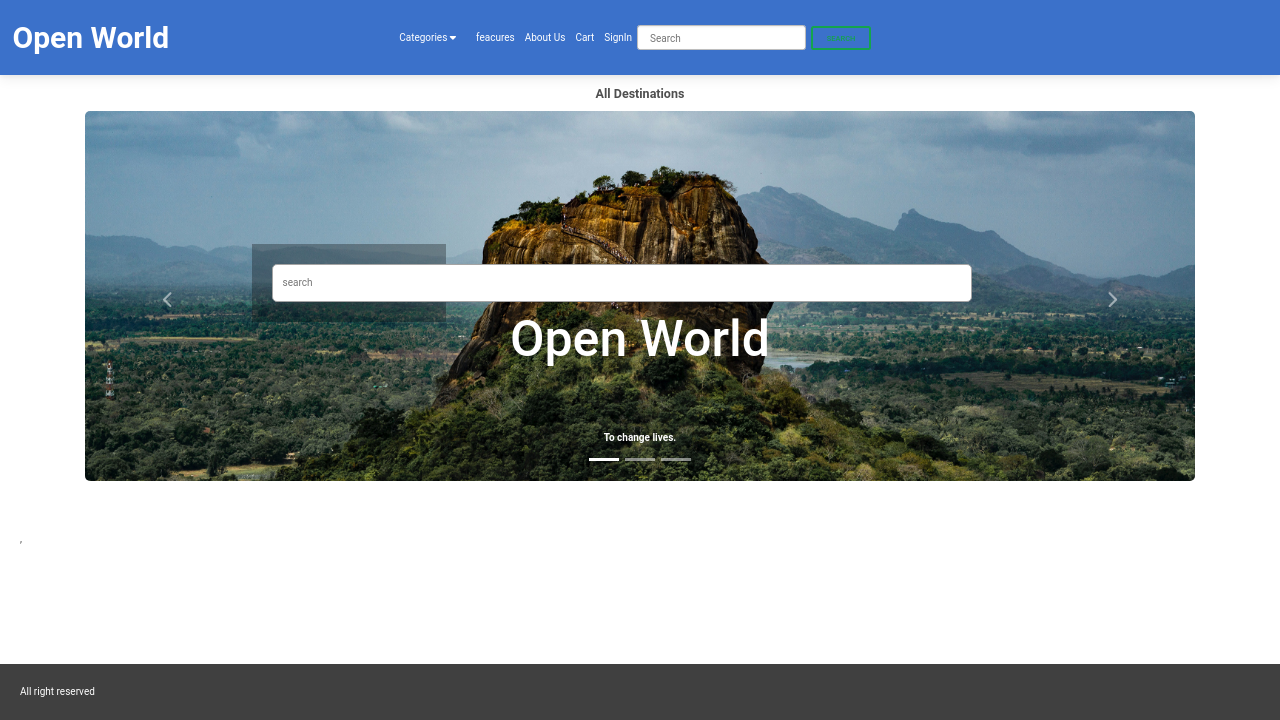
Repository: amila1998/Open-World-MERN-Stack
Page: /DestinationHomeScreen (app in frontend/)
The author's editor kept a copy of each file at every save. The page is drawn from the files as they stood at one save, then again after the next save.
The browser window is 1280 px wide. The pictures show the whole page.
The page's requests for data from a server got no answer. Some web libraries are served in a nearby version. The project was rebuilt for these pictures with package versions that can differ from the ones it lists, and the page was loaded fresh each time. No one was signed in, and anything a server would have sent is missing. Also part of the build but not shown: frontend/src/components/Rating.js, frontend/src/components/LoadingBox.js, frontend/src/components/MessageBox.js, frontend/src/actions/hotelActions.js, frontend/src/components/Rooms.js, frontend/src/styles/hotelsandRooms.css, frontend/src/screens/HotelDetailsScreen.js, frontend/src/screens/SigninScreen.js and 53 more.

Above is the page before, as saved 2021-10-10 03:05:01.

After the next save:
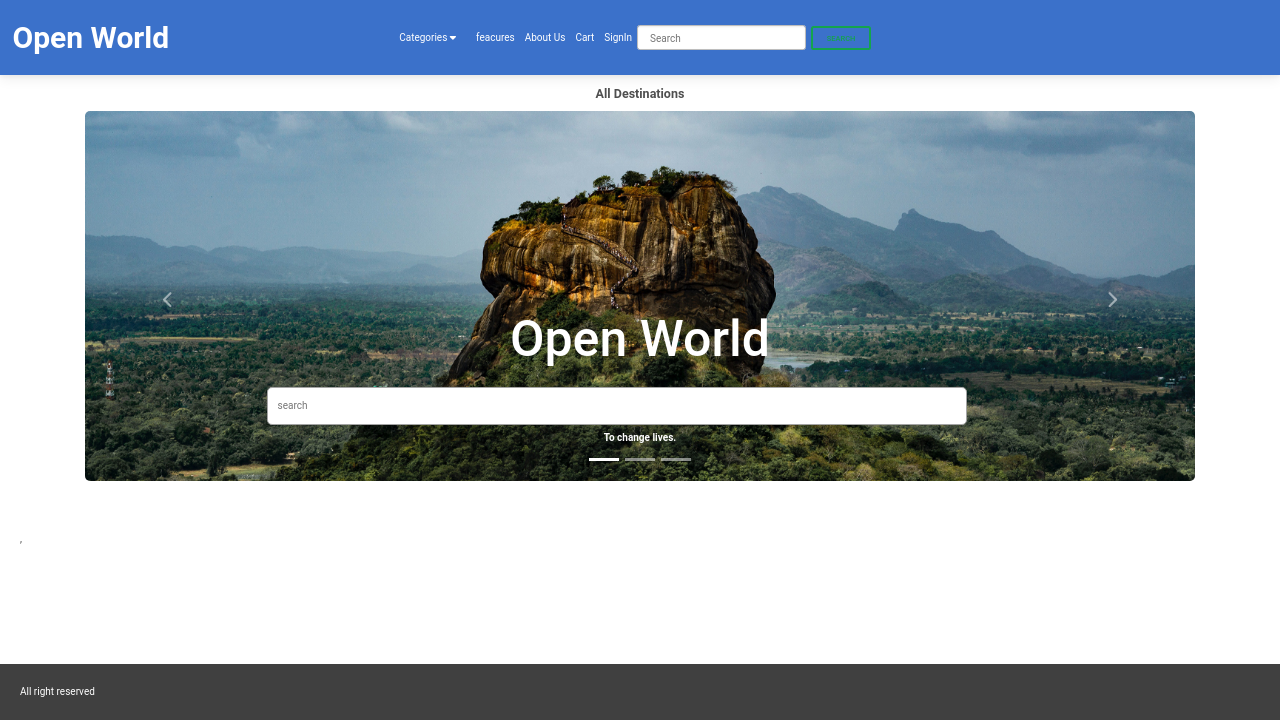
Saved 17 s later.
--- a/frontend/src/components/DestinationHomeScreen.js
+++ b/frontend/src/components/DestinationHomeScreen.js
@@ -103,7 +103,7 @@
                         />
                         <div className="carousel-caption d-none d-md-block" >
 
-                        <div className="col-lg-3 mt-2 mb-2"  id="slide">
+                        <div className="col-lg-3 mt-2 mb-2"  >
                                         <input
                                         className="formcontrol"
                                         type="search"

After the save that followed:
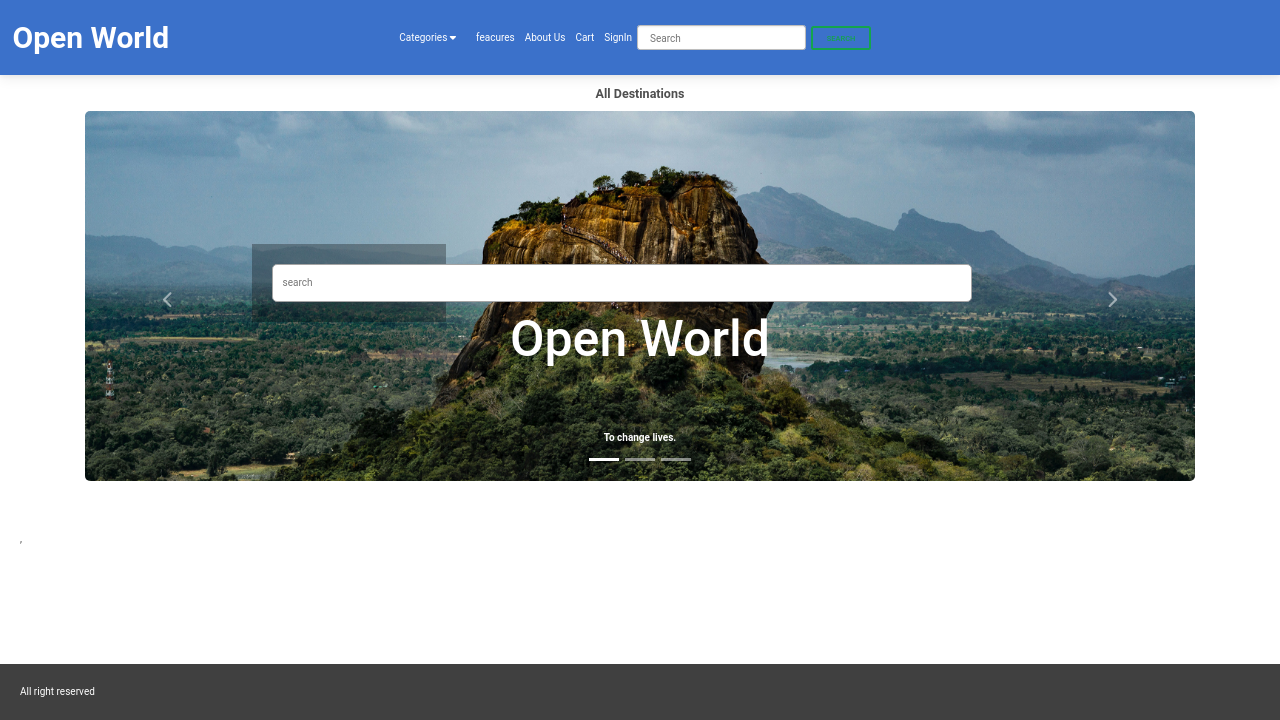
Saved 7 s later.
--- a/frontend/src/components/DestinationHomeScreen.js
+++ b/frontend/src/components/DestinationHomeScreen.js
@@ -103,7 +103,7 @@
                         />
                         <div className="carousel-caption d-none d-md-block" >
 
-                        <div className="col-lg-3 mt-2 mb-2"  >
+                        <div className="col-lg-3 mt-2 mb-2"  id="slide">
                                         <input
                                         className="formcontrol"
                                         type="search"
